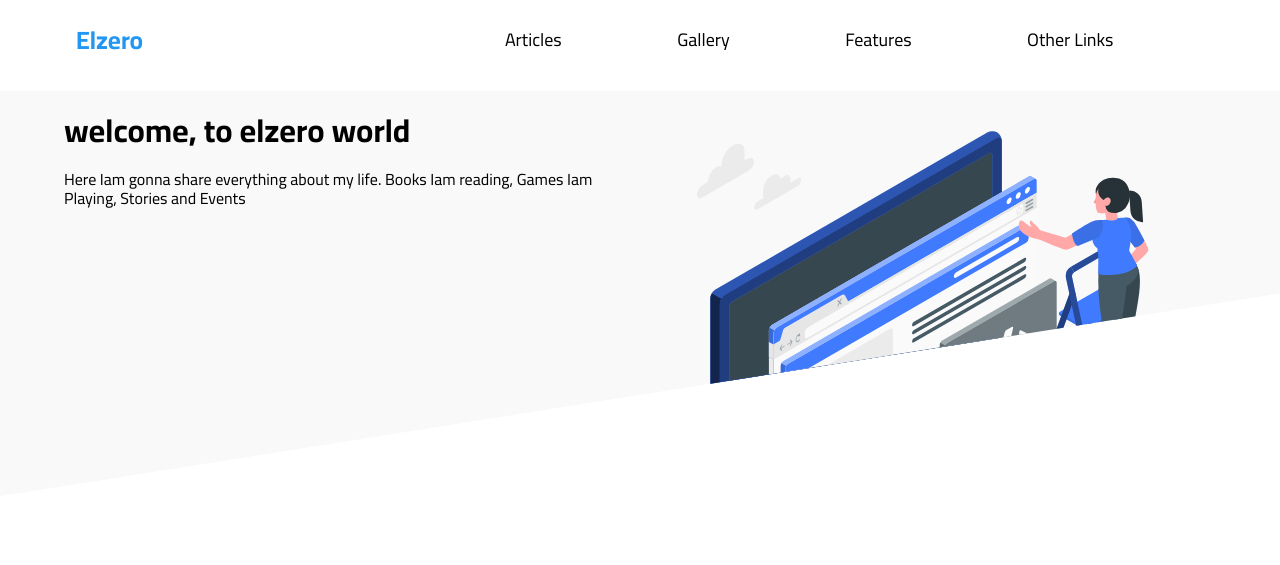
Repository: Toqa-25/elzeroAcdemey-Templete
Page: index.html
An editor plug-in stored every save of this project. The page is shown before and after the next save, followed by the edit.
The browser window is 1280 px wide. The pictures show the whole page.

Above is the page before, as saved 2022-01-16 21:14:08.

After the next save:
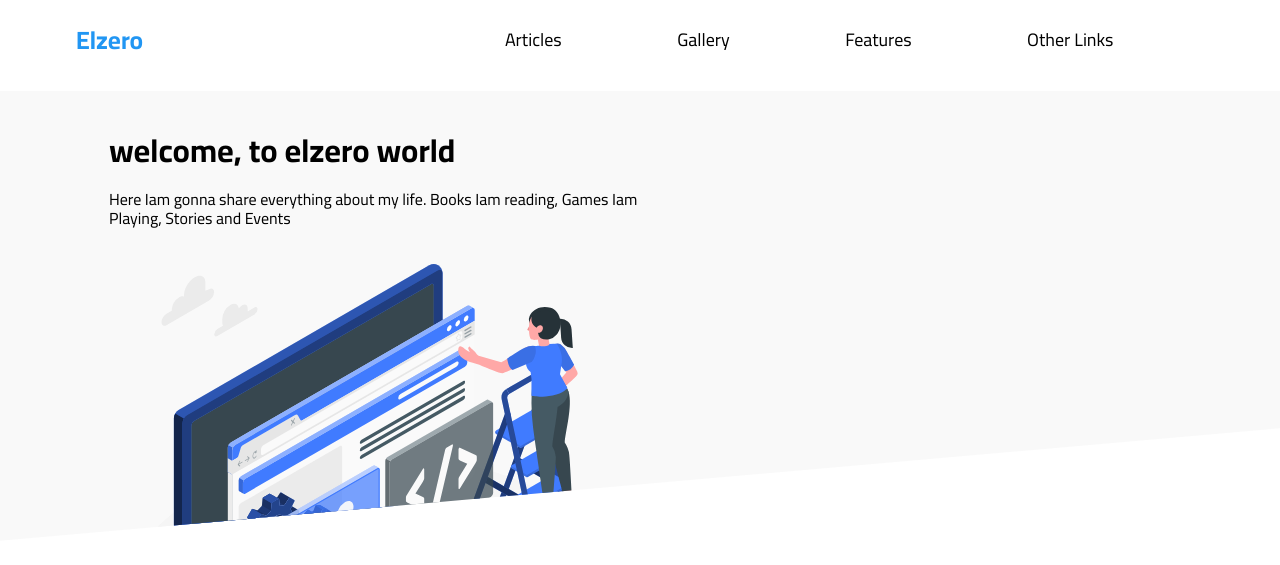
Saved 3 min 31 s later.
--- a/css/style.css
+++ b/css/style.css
@@ -255,6 +255,12 @@ nav{
     background-color: var(--s-background);
     clip-path: polygon(0 0, 100% 0, 100% 35%, 0 70%);
     margin-bottom: 500px;
+        background-color: var(--s-background);
+    clip-path: polygon(0 0, 100% 0, 100% 75%, 0 100%);
+    margin-bottom: 500px;
+    padding: 20px 50px;
+    height: 450px;
+}
 }
 .welcome-content{
     display: flex;
